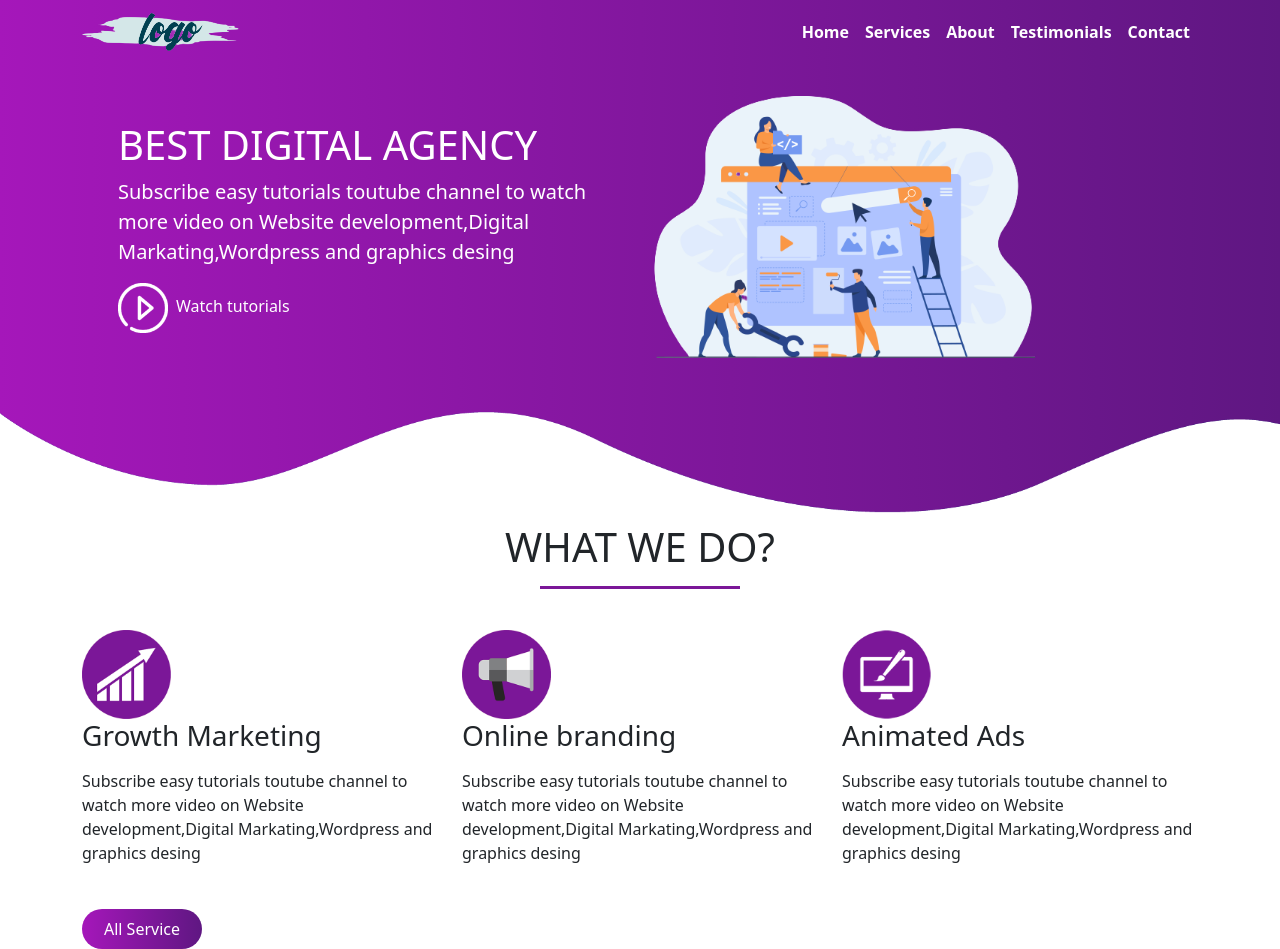
Repository: zjria/PSD-to-HTML-DIGITAL-AGENCY
Page: index.html
An editor plug-in stored every save of this project. The page is shown before and after the next save, followed by the edit.
The browser window is 1280 px wide. The pictures show the whole page.
Some web libraries are served in a nearby version.

Above is the page before, as saved 2022-05-11 08:29:37.

After the next save:
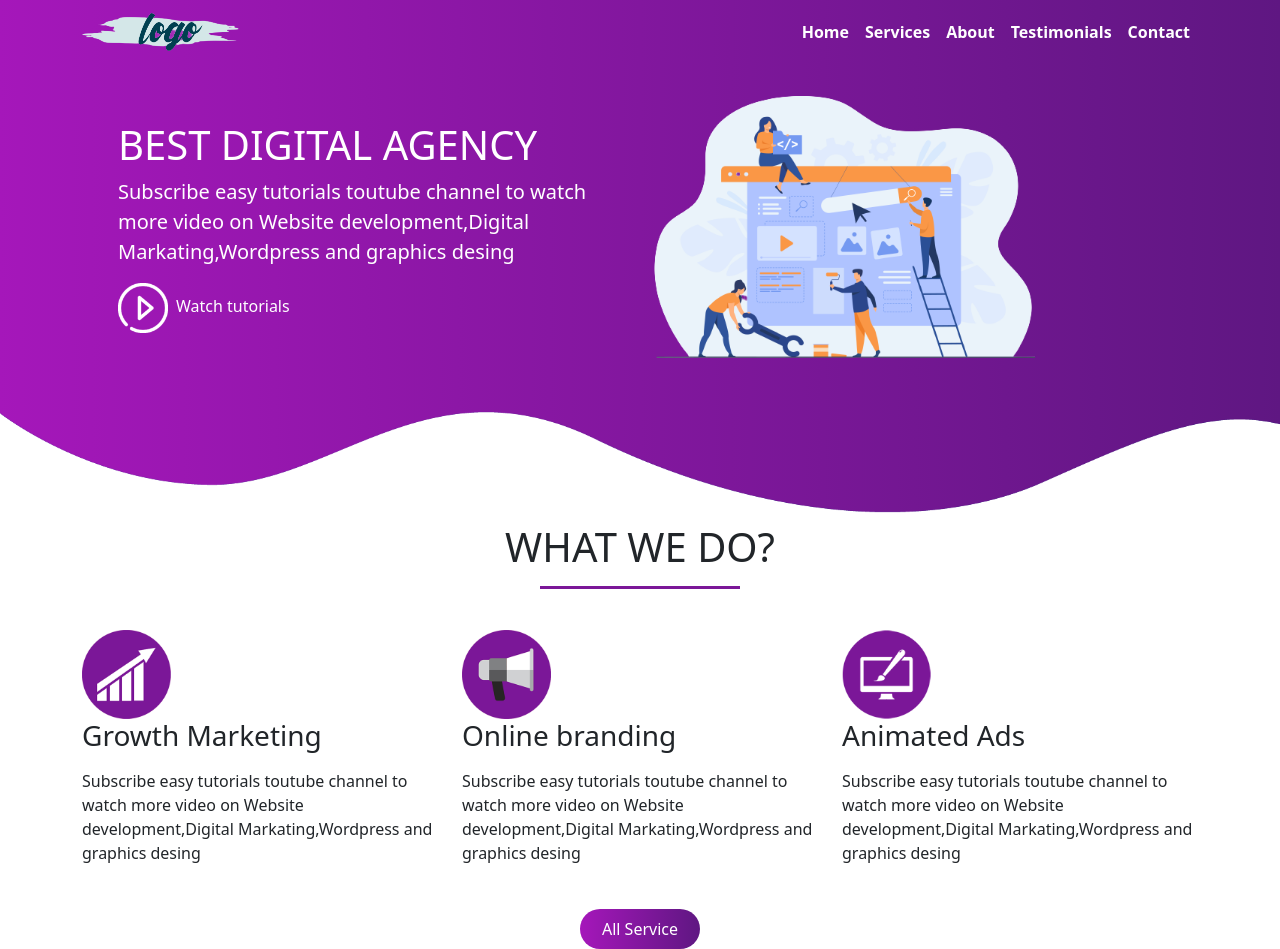
Saved 65 s later.
--- a/index.html
+++ b/index.html
@@ -92,8 +92,8 @@
             </div>
           </div>
           <div class="row">
-            <div class="com-12">
-              <button type="button" class="services-button btn text-center">All Service</button>
+            <div class="com-12 text-center">
+              <button type="button" class="services-button btn">All Service</button>
             </div>
           </div>
         </div>
